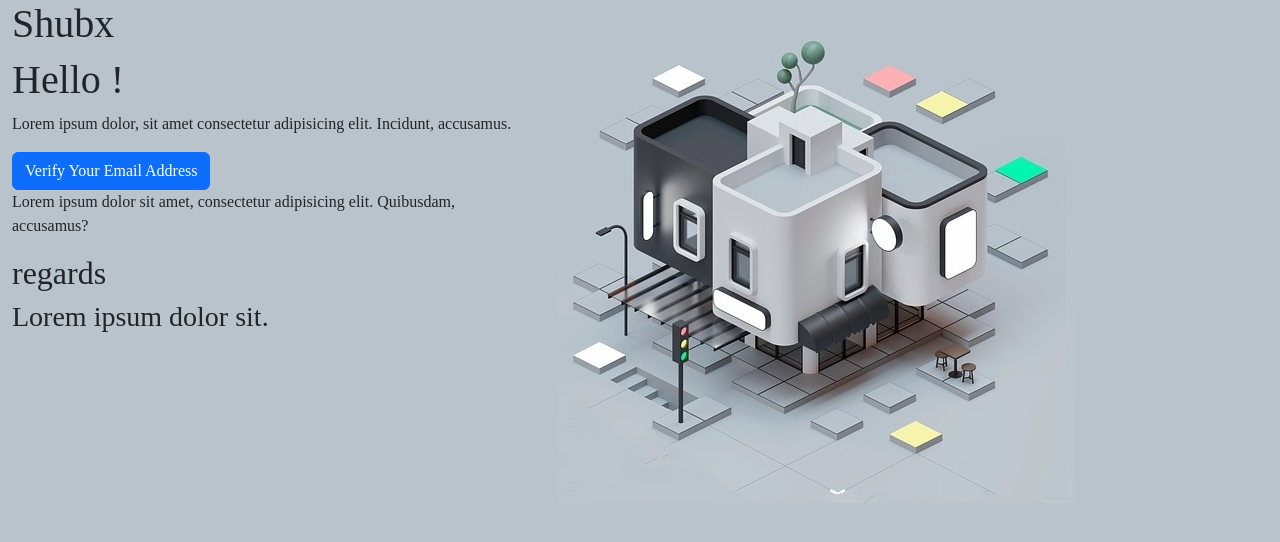
Repository: Aayush919/taskui
Page: index.html
An editor plug-in stored every save of this project. The page is shown before and after the next save, followed by the edit.
The browser window is 1280 px wide. The pictures show the whole page.

Above is the page before, as saved 2024-01-12 14:46:01.

After the next save:
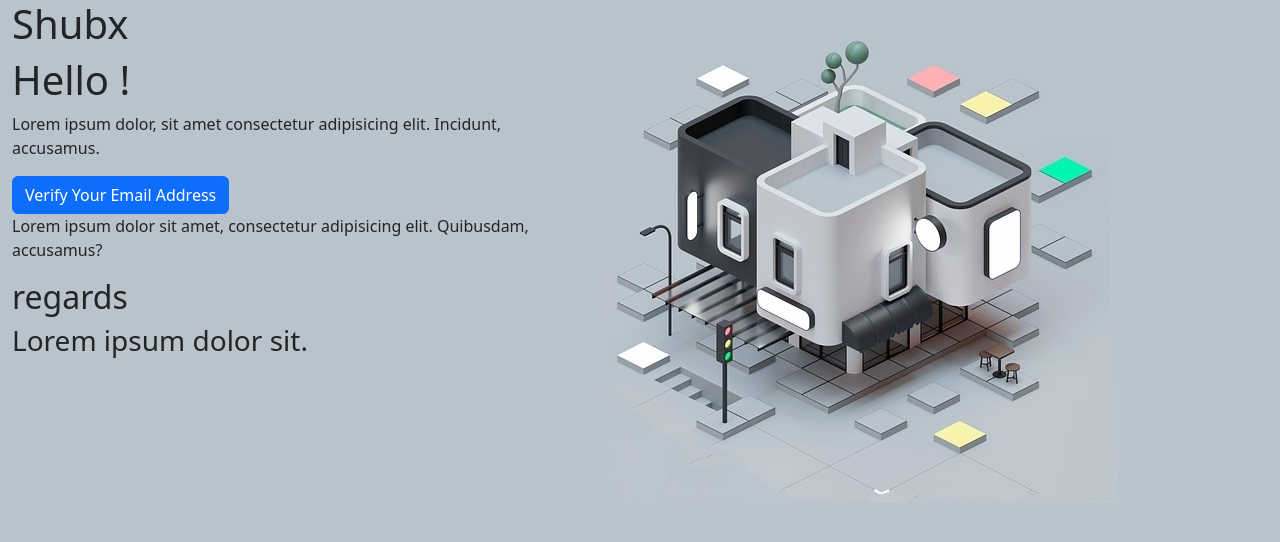
Saved 52 s later.
--- a/style.css
+++ b/style.css
@@ -5,7 +5,7 @@
     margin: 0;
     padding: 0;
     box-sizing: border-box;
-    font-family: title;
+    font-family:
 
 }
 

After the save that followed:
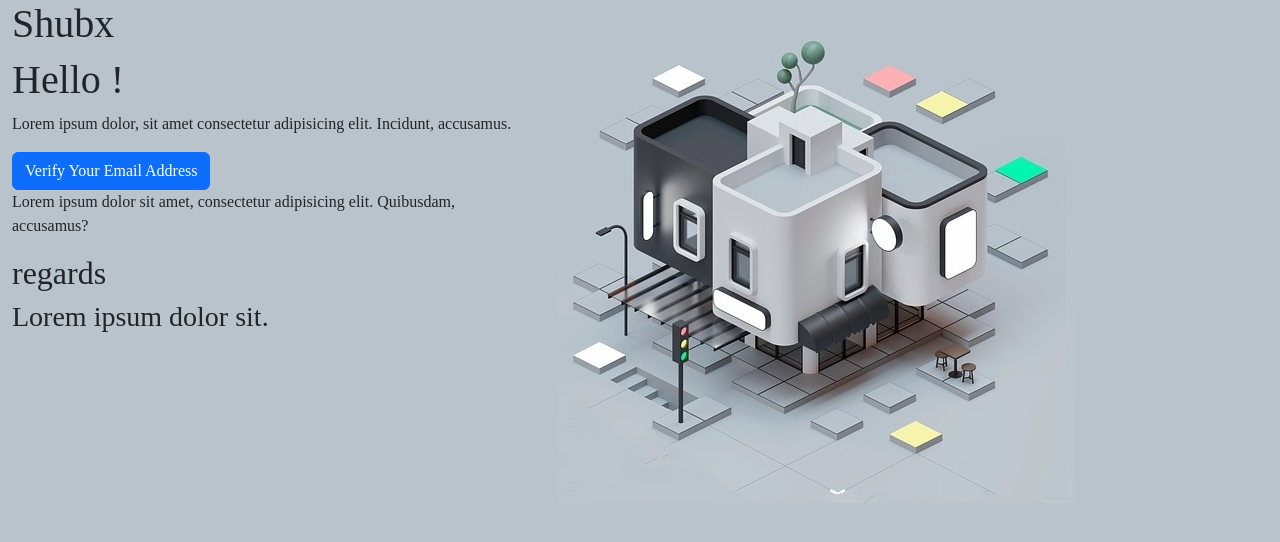
Saved 9 s later.
--- a/style.css
+++ b/style.css
@@ -5,7 +5,7 @@
     margin: 0;
     padding: 0;
     box-sizing: border-box;
-    font-family:
+    font-family: 'Open'
 
 }
 
